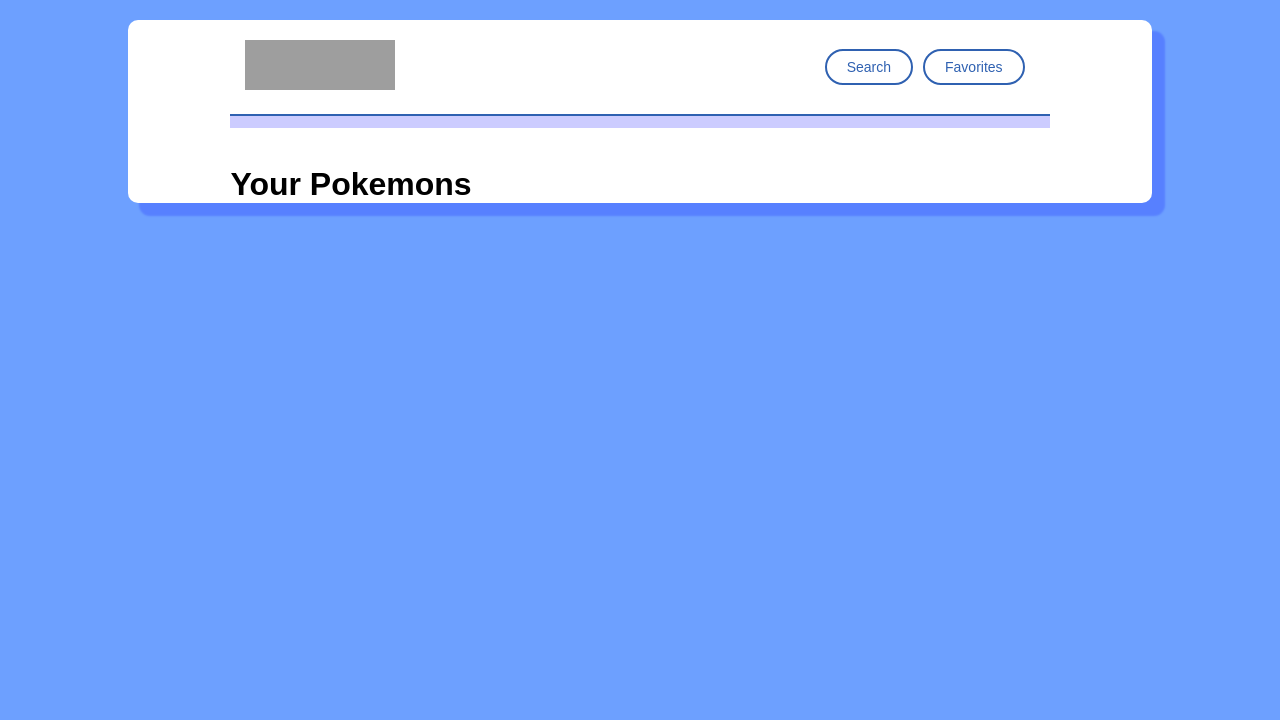
Repository: Rashiduulu/zeon-ithub-second-project
Page: FavoritePage/Favorite.html
These files come from the project's save history. The page is drawn as it stood at one moment and after the next save; the edit follows.
The browser window is 1280 px wide. The pictures show the whole page.
Pictures or frames that could not be fetched are drawn as grey boxes.

Above is the page before, as saved 2022-11-16 15:08:03.
Console error: SyntaxError: Unexpected token '>'

After the next save:
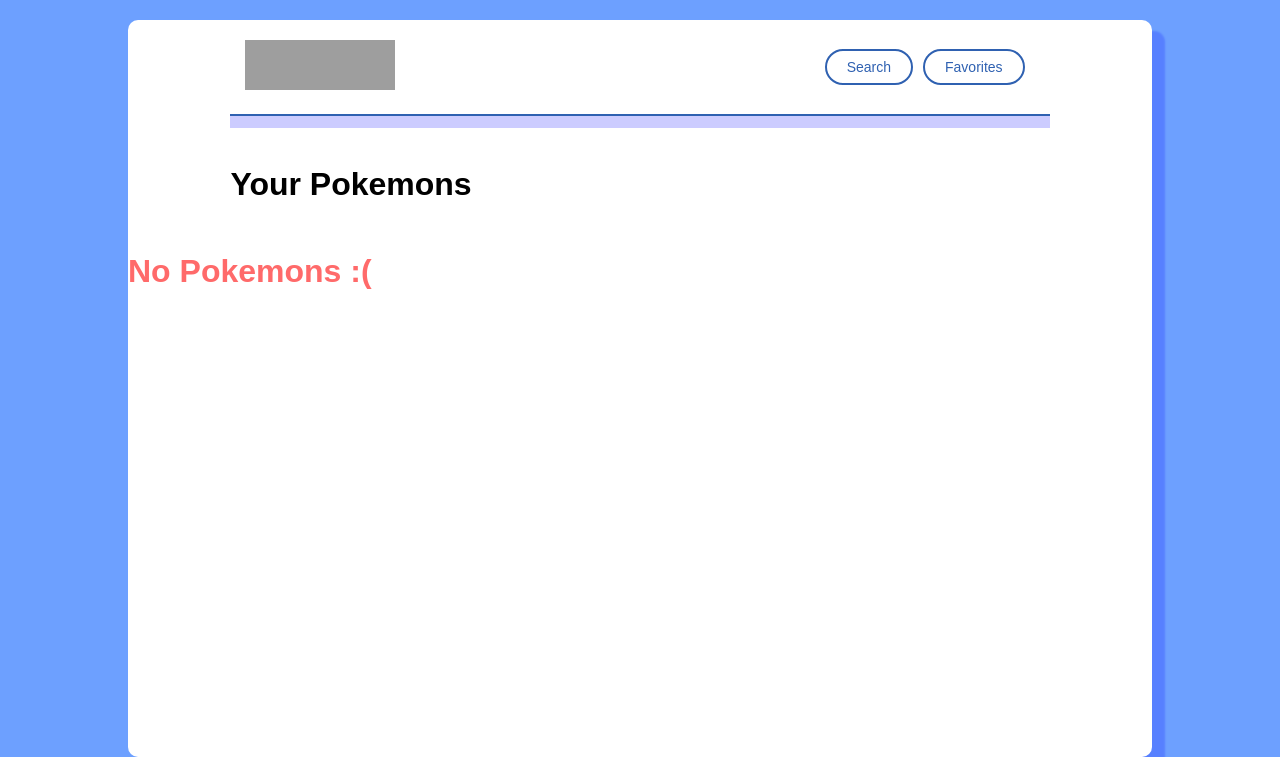
The error is gone.
Saved 6 s later.
--- a/FavoritePage/script.js
+++ b/FavoritePage/script.js
@@ -6,7 +6,7 @@ console.log(card);
 // favCart.textContent = JSON.stringify(card);
 
 function PokeCart() {
-  if ( > 0) {
+  if (card > 0) {
     const pokeHTML = card
       .map((p) => {
         return `
